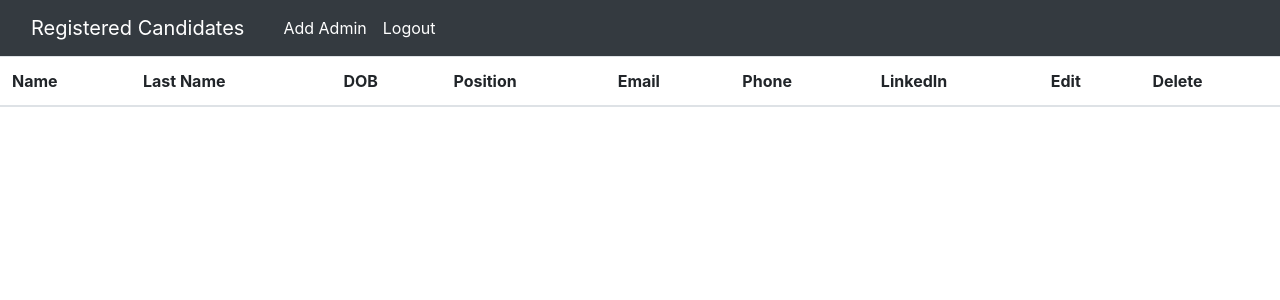
Repository: vinayvinay25794/RegistrationDemo
Page: http://localhost/allRegistrations
An editor plug-in stored every save of this project. The page is shown before and after the next save, followed by the edit.
The browser window is 1280 px wide. The pictures show the whole page.
Some web libraries are served in a nearby version. The page is this project's Thymeleaf template; nobody is signed in. The template is opened directly, without the code that normally fills it, so the values that code supplies are empty.

Above is the page before, as saved 2021-03-19 05:54:15.

### Hibernate/src/main/resources/templates/allRegistrations.html
<!DOCTYPE html>
<html xmlns:th="http://www.thymeleaf.org">
<head>
<meta charset="ISO-8859-1">
<title>Registration</title>
<link rel="stylesheet" href="https://maxcdn.bootstrapcdn.com/bootstrap/4.0.0/css/bootstrap.min.css" integrity="sha384-Gn5384xqQ1aoWXA+058RXPxPg6fy4IWvTNh0E263XmFcJlSAwiGgFAW/dAiS6JXm" crossorigin="anonymous">
<script src="https://code.jquery.com/jquery-3.2.1.slim.min.js" integrity="sha384-KJ3o2DKtIkvYIK3UENzmM7KCkRr/rE9/Qpg6aAZGJwFDMVNA/GpGFF93hXpG5KkN" crossorigin="anonymous"></script>
<script src="https://cdnjs.cloudflare.com/ajax/libs/popper.js/1.12.9/umd/popper.min.js" integrity="sha384-ApNbgh9B+Y1QKtv3Rn7W3mgPxhU9K/ScQsAP7hUibX39j7fakFPskvXusvfa0b4Q" crossorigin="anonymous"></script>
<script src="https://maxcdn.bootstrapcdn.com/bootstrap/4.0.0/js/bootstrap.min.js" integrity="sha384-JZR6Spejh4U02d8jOt6vLEHfe/JQGiRRSQQxSfFWpi1MquVdAyjUar5+76PVCmYl" crossorigin="anonymous"></script>
</head>
<body>

 	<nav class="navbar navbar-expand-lg navbar-dark bg-dark">
 	<div class="nav navbar-nav ">
 	<div class="container-fluid">

  <a class="navbar-brand" href="#" th:href="@{/}"> Registered Candidates </a>
  <button class="navbar-toggler" type="button" data-toggle="collapse" data-target="#navbarSupportedContent" aria-controls="navbarSupportedContent" aria-expanded="false" aria-label="Toggle navigation">
    <span class="navbar-toggler-icon"></span>
  </button>
	</div>
	</div>

  <div class="collapse navbar-collapse" id="navbarSupportedContent">
  <div class="nav navbar-nav navbar-right">
    <ul class="nav navbar-nav ">
      <li class="nav-item active">
        <a class="nav-link" href="/" th:href="@{/registration}">Add Admin <span class="sr-only">(current)</span></a>
      </li>
      <li class="nav-item active">
        <a class="nav-link" th:href="@{/logout}">Logout</a>
      </li>
      </ul>
  </div>
  </div>
</nav>


<!--
	<nav class="navbar navbar-inverse">
	  <div class="container-fluid">
	    <div class="navbar-header">
	      <button type="button" class="navbar-toggle " data-toggle="collapse" data-target="#navbar" arira-expanded="false" aria-contriols="navbar">
	        <span class="icon-bar"></span>
	        <span class="icon-bar"></span>
	        <span class="icon-bar"></span>
	      </button>
	      <a class="navbar-brand" href="#" th:href="@{/}">Registered Candidates </a>
	      </div>
	      <div class="navbar-collapse collapse">
	      <div class="nav navbar-nav navbar-right">
	       <ul class="nav navbar-nav">
            <li th:classappend="${module == 'home' ? 'active' : ''}">
              <a href="/" th:href="@{/registration}">Add Admin</a>
            </li>
            <li th:classappend="${module == 'tasks' ? 'active' : ''}">
              <a th:href="@{/logout}">Logout</a>
            </li>
          </ul>     -->
	      <!--  <div class="nav navbar-nav navbar-right">

					<span><a href="/" th:href="@{/registration}">
					<span class="glyphicon glyphicon-log-in" aria-hidden="true"></span>&nbsp;Add Admin
					</a></span>

				</div>

				<div id="navbar" class="nav navbar-nav navbar-right">
				<ul >

					<li sec:authorize="isAuthenticated()"><a th:href="@{/logout}">
					<span class="glyphicon glyphicon-log-in" aria-hidden="true"></span>&nbsp;Logout
					</a></li>
				</ul>

			</div>-->
	    </div>
	   </div>
	   </div>

	</nav>

	<table class="table table-hover">
    <thead>
        <tr>
            <th> Name </th>
           <th> Last Name </th>
            <th> DOB </th>
            <th> Position </th>
            <th> Email </th>
            <th> Phone </th>
            <th> LinkedIn </th>
            <th> Edit </th>
            <th> Delete </th>
        </tr>
    </thead>
    <tbody>
        <tr th:each="emp : ${allEmps}">
            <td><span th:text="${emp.firstName}"> firstName </span></td>
            <td><span th:text="${emp.lastName}"> lastName </span></td>
            <td><span th:text="${emp.dateOfBirth}"> dateOfBirth </span></td>
            <td><span th:text="${emp.applyingForPosition}"> applyingForPosition </span></td>
            <td><span th:text="${emp.emailId}"> emailId </span></td>
            <td><span th:text="${emp.phone}"> phone </span></td>
            <td><span th:text="${emp.LinkedIn}"> LinkedIn </span></td>
         	<td><a th:href="@{/edit/{id}(id=${emp.id})}">Edit</a></td>
           <!--   <td><a th:href="@{/delete/{id}(id=${emp.id})}">Delete</a></td> -->

            <td>

    <button type="button" class="btn btn-outline-light text-dark" data-toggle="modal"
    th:attr="data-target='#empDeleteModal'+${emp.id}">Delete</button>



	<div class="modal modal-warning fade in" th:id="empDeleteModal+${emp.id}" role="dialog">
	<div class="modal-dialog">
        <div class="modal-content">
            <div class="modal-header">
                <button type="button" class="close" data-dismiss="modal" aria-label="Close">
                    <span aria-hidden="true">×</span></button>
                <h5 class="modal-title">Delete User</h5>
            </div>
            <div class="modal-body">
                <h3>Are you sure want to delete this user?</h3>
            </div>
            <div class="modal-footer">
                <button type="button" class="btn btn-outline pull-left" data-dismiss="modal">Close</button>
                <a th:href="@{/delete/{id}(id=${emp.id})}">Delete</a>
            </div>
        </div>
    </div>
</div>


     <!-- Modal -->
     <!--
        <div class="modal fade" th:attr="id='empDeleteModal'+${emp.id}" tabindex="-1" role="dialog" aria-labelledby="empDeleteModalLabel" aria-hidden="true">
          <div class="modal-dialog" role="document">
            <div class="modal-content">
              <div class="modal-header">
                <h5 class="modal-title" id="empDeleteModalLabel">Delete Record</h5>
                <button type="button" class="close" data-dismiss="modal" aria-label="Close">
                  <span aria-hidden="true">&times;</span>
                </button>
              </div>
              <div class="modal-body">
                Are you sure you want to delete this record?
              </div>
              <div class="modal-footer">
                <button type="button" class="btn btn-secondary" data-dismiss="modal">No</button>
                <a href="allRegistrations.html" class="btn btn-primary" th:href="@{/delete/{id}(id=${emp.id})}">Yes</a>
              </div>
            </div>
          </div>
        </div>    -->
        <!-- Modal end -->

    </td>

        </tr>
    </tbody>
</table>


				<!--  <div>
					<span><a href="/" th:href="@{/registration}">Add Admin</a></span>
				</div>-->
				<!--  <div id="navbar" class="collapse navbar-collapse">
				<ul class="nav navbar-nav">
					<li sec:authorize="isAuthenticated()"><a th:href="@{/logout}">Logout</a></li>
				</ul>
			</div>-->
			<!--  <div id="navbar" class="collapse navbar-collapse">
				<ul class="nav navbar-nav">
					<li sec:authorize="isAuthenticated()"><a th:href="@{/logout}">Logout</a></li>
				</ul>
			</div>-->

</body>
</html>

After the next save:
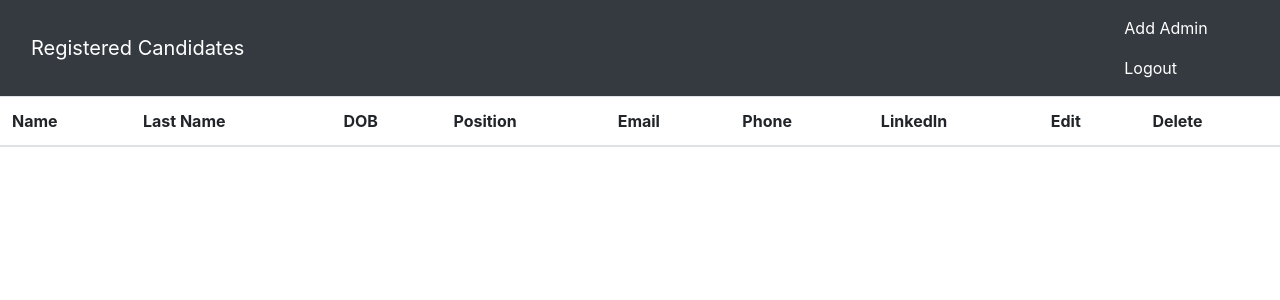
Saved 28 s later.
--- a/Hibernate/src/main/resources/templates/allRegistrations.html
+++ b/Hibernate/src/main/resources/templates/allRegistrations.html
@@ -11,7 +11,7 @@
 <body>
 
  	<nav class="navbar navbar-expand-lg navbar-dark bg-dark">
- 	<div class="nav navbar-nav ">
+
  	<div class="container-fluid">
 
   <a class="navbar-brand" href="#" th:href="@{/}"> Registered Candidates </a>
@@ -19,7 +19,7 @@
     <span class="navbar-toggler-icon"></span>
   </button>
 	</div>
-	</div>
+
 
   <div class="collapse navbar-collapse" id="navbarSupportedContent">
   <div class="nav navbar-nav navbar-right">
